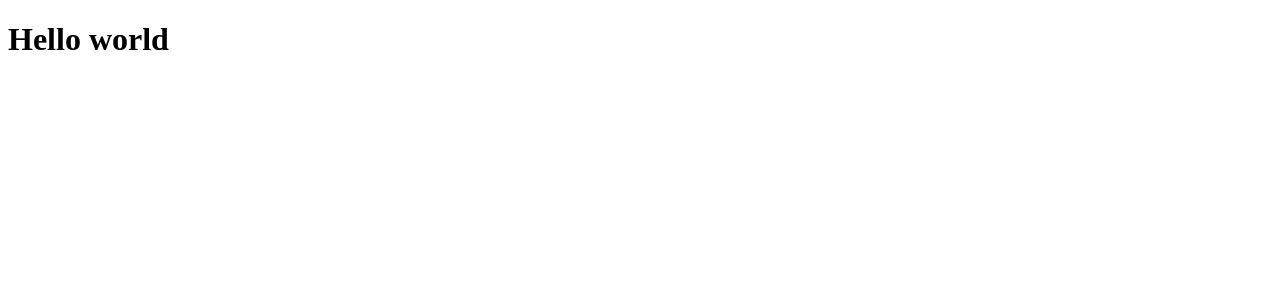
Repository: DusanStevic/Projekat-Avion
Page: Avion/Avion/src/main/resources/static/index.html
An editor plug-in stored every save of this project. The page is shown before and after the next save, followed by the edit.
The browser window is 1280 px wide. The pictures show the whole page.

Above is the page before, as saved 2019-08-16 13:12:46.

### Avion/Avion/src/main/resources/static/index.html
<!DOCTYPE html>
<html>
<head>
<meta charset="ISO-8859-1">
<title>Insert title here</title>
</head>
<body>
	<h1>Hello world</h1>
</body>
</html>

After the next save:
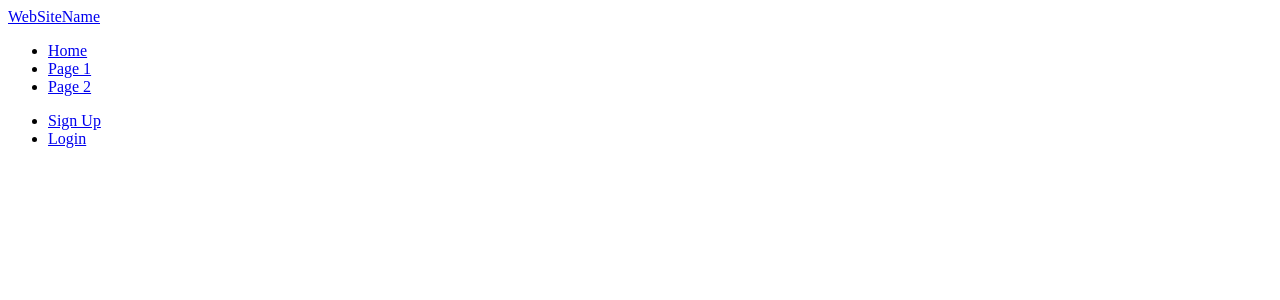
Saved 48 s later.
--- a/Avion/Avion/src/main/resources/static/index.html
+++ b/Avion/Avion/src/main/resources/static/index.html
@@ -5,6 +5,21 @@
 <title>Insert title here</title>
 </head>
 <body>
-	<h1>Hello world</h1>
+	<nav class="navbar navbar-inverse">
+  <div class="container-fluid">
+    <div class="navbar-header">
+      <a class="navbar-brand" href="#">WebSiteName</a>
+    </div>
+    <ul class="nav navbar-nav">
+      <li class="active"><a href="#">Home</a></li>
+      <li><a href="#">Page 1</a></li>
+      <li><a href="#">Page 2</a></li>
+    </ul>
+    <ul class="nav navbar-nav navbar-right">
+      <li><a href="#"><span class="glyphicon glyphicon-user"></span> Sign Up</a></li>
+      <li><a href="#"><span class="glyphicon glyphicon-log-in"></span> Login</a></li>
+    </ul>
+  </div>
+</nav>
 </body>
 </html>
